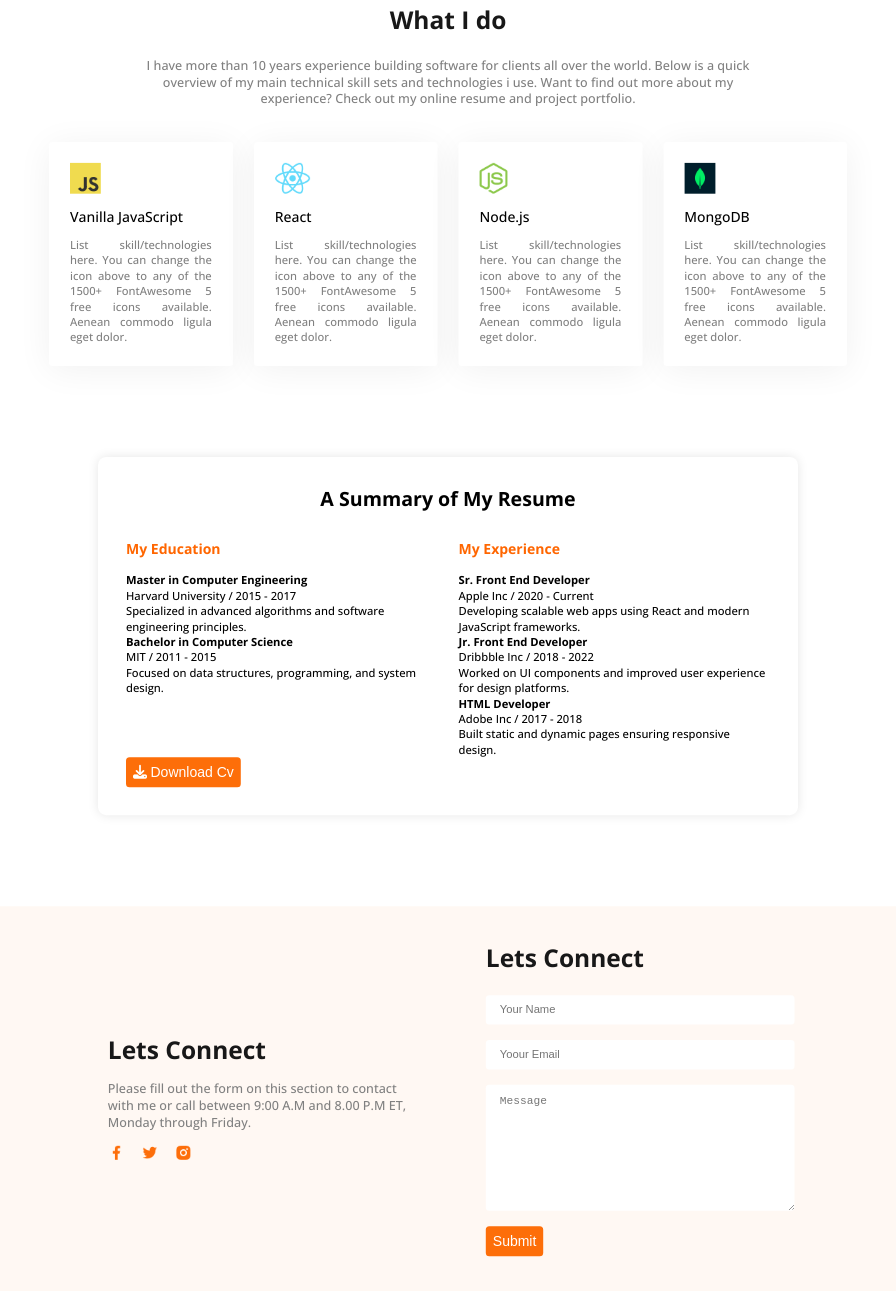
Repository: nahid-hasann/website-1
Page: index.html
These files come from the project's save history. The page is drawn as it stood at one moment and after the next save; the edit follows.
The browser window is 1280 px wide. The pictures show the part of the page from y = 1624 to 3544 px (the page is 3469 px tall before and 3544 px after), at 70% of full size.

Above is the page before, as saved 2025-07-08 14:56:56.

After the next save:
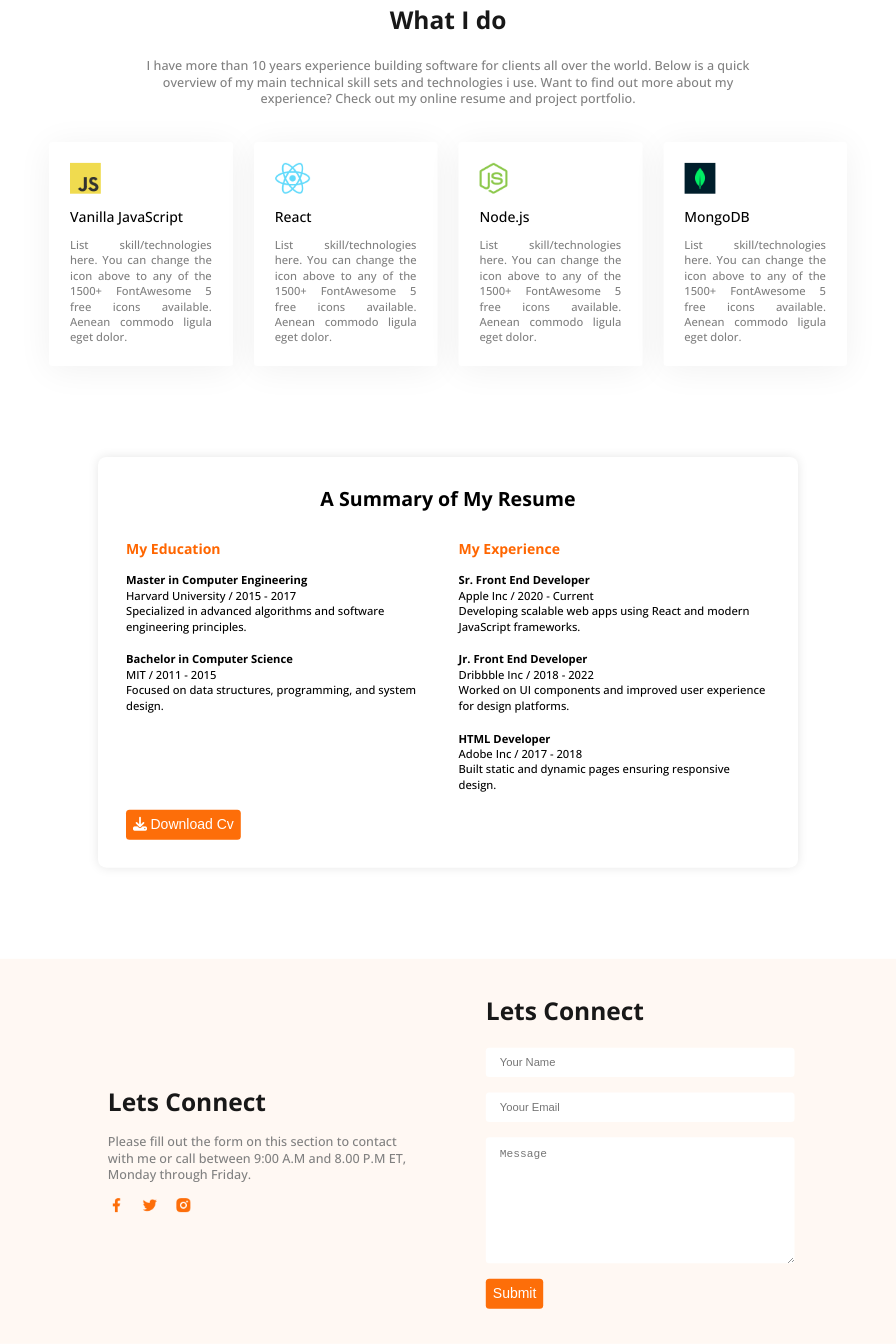
Saved 5 s later.
--- a/style.css
+++ b/style.css
@@ -272,7 +272,7 @@ h2 {
   font-size: 20px;
 }
 
-.ititem-m {
+.item-m {
   margin-bottom: 25px;
 }
 
